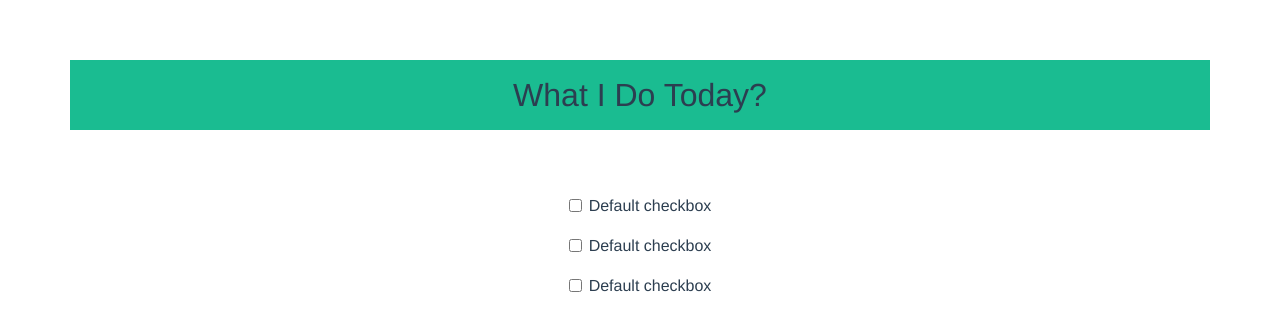
Repository: AdiPrimanto/praxis-academy
Page: / (app in novice/03-05/todolist/)
An editor plug-in stored every save of this project. The page is shown before and after a run of saves, followed by the edit.
The browser window is 1280 px wide. The pictures show the whole page.
The project was rebuilt for these pictures with package versions that can differ from the ones it lists, and the page was loaded fresh each time.

Above is the page before, as saved 2019-11-29 14:40:59.

After the next 5 saves:
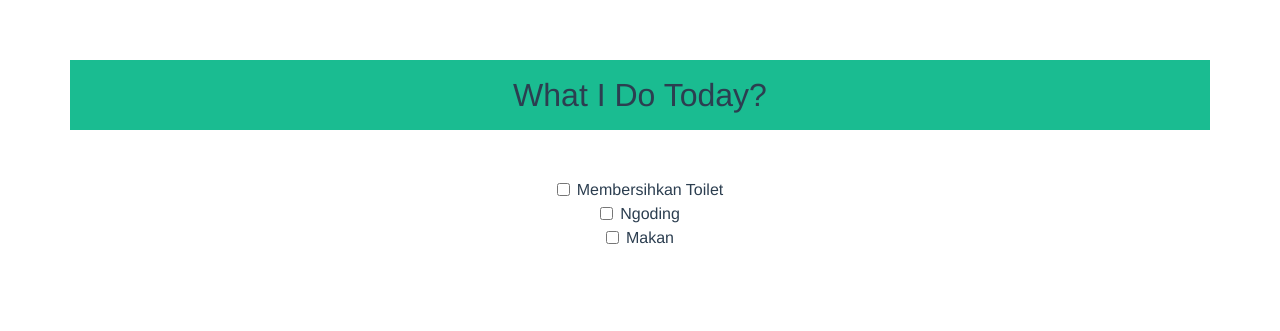
The 5 saves are shown as one change because they came seconds apart.
The last was saved 19 s later.
--- a/novice/03-05/todolist/src/App.vue
+++ b/novice/03-05/todolist/src/App.vue
@@ -10,11 +10,10 @@
         <div class="col-12">
           <div class="pekerjaan-rumah">
             <div v-for="tugasSaya in tugas" v-bind:key="tugasSaya.id" class="tugas">
-              <p></p>
               <div class="form-check">
                 <input class="form-check-input" type="checkbox" value="" id="defaultCheck1">
                 <label class="form-check-label" for="defaultCheck1">
-                  Default checkbox
+                  {{tugasSaya.nama}}
                 </label>
               </div>
             </div>
